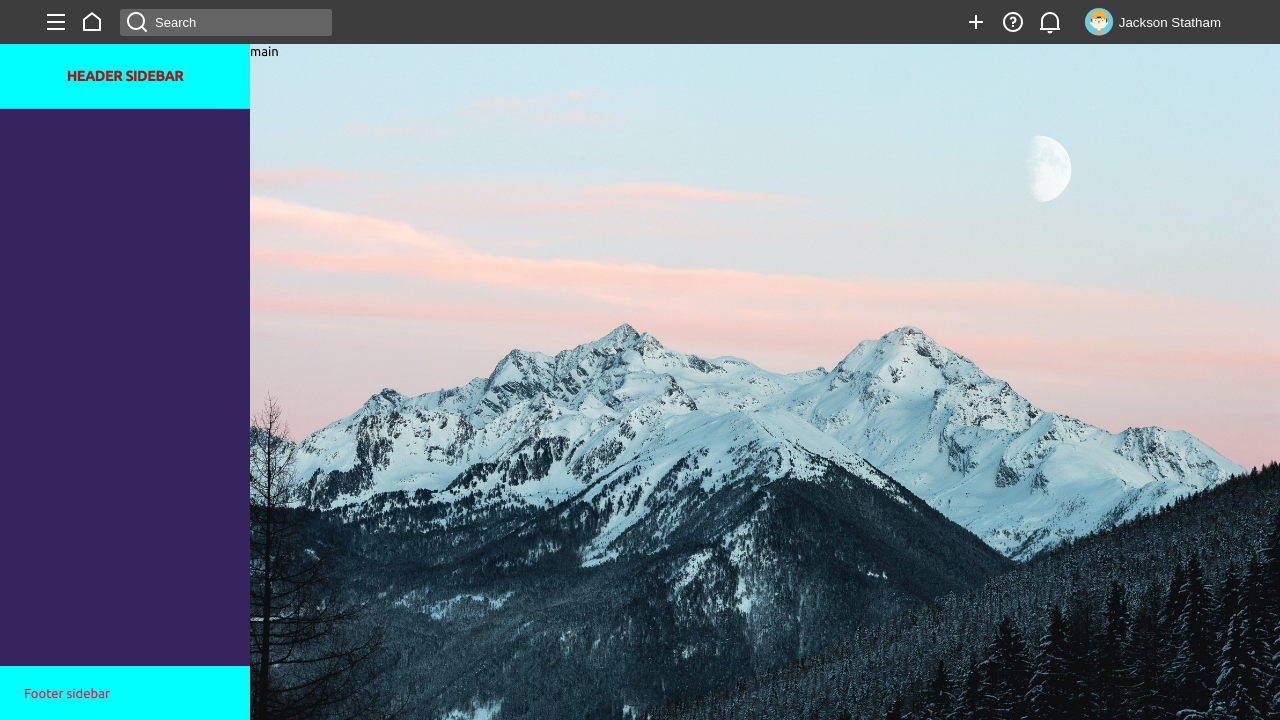
Repository: huuthe1999/to-do-list
Page: /
The author's editor kept a copy of each file at every save. The page is drawn from the files as they stood at one save, then again after the next save.
The browser window is 1280 px wide. The pictures show the whole page.
The project was rebuilt for these pictures with package versions that can differ from the ones it lists, and the page was loaded fresh each time. Also part of the build but not shown: src/components/form/addForm/addForm.scss, src/components/form/addForm/AddForm.js, src/components/modal/modal.scss, src/components/modal/Modal.js.

Above is the page before, as saved 2022-02-17 10:27:17.

### public/index.html
<!DOCTYPE html>
<html lang="en">
	<head>
		<meta charset="utf-8" />
		<link rel="icon" href="%PUBLIC_URL%/favicon.ico" />
		<meta name="viewport" content="width=device-width, initial-scale=1" />
		<meta name="theme-color" content="#000000" />
		<meta
			name="description"
			content="Web site created using create-react-app"
		/>
		<link rel="apple-touch-icon" href="%PUBLIC_URL%/logo192.png" />
		<!--
      manifest.json provides metadata used when your web app is installed on a
      user's mobile device or desktop. See https://developers.google.com/web/fundamentals/web-app-manifest/
    -->
		<link rel="manifest" href="%PUBLIC_URL%/manifest.json" />
		<!--
      Notice the use of %PUBLIC_URL% in the tags above.
      It will be replaced with the URL of the `public` folder during the build.
      Only files inside the `public` folder can be referenced from the HTML.

      Unlike "/favicon.ico" or "favicon.ico", "%PUBLIC_URL%/favicon.ico" will
      work correctly both with client-side routing and a non-root public URL.
      Learn how to configure a non-root public URL by running `npm run build`.
    -->
		<title>React Redux App</title>
	</head>
	<body>
		<noscript>You need to enable JavaScript to run this app.</noscript>
		<div id="modal"></div>
		<div id="root"></div>
		<!--
      This HTML file is a template.
      If you open it directly in the browser, you will see an empty page.

      You can add webfonts, meta tags, or analytics to this file.
      The build step will place the bundled scripts into the <body> tag.

      To begin the development, run `npm start` or `yarn start`.
      To create a production bundle, use `npm run build` or `yarn build`.
    --></body>
</html>

### src/index.js
import React from 'react';
import ReactDOM from 'react-dom';
import { Provider } from 'react-redux';
import App from './App';
import { store } from './app/store';

ReactDOM.render(
	<React.StrictMode>
		<Provider store={store}>
			<App />
		</Provider>
	</React.StrictMode>,
	document.getElementById('root'),
);

### src/App.js
import React from 'react';
// import { Counter } from './features/counter/Counter';
import './App.scss';
import Main from './components/main/Main';
import SideBar from './components/sideBar/SideBar';
import TopBar from './components/topBar/TopBar';
function App() {
	return (
		<div className='app'>
			<TopBar />
			<div className='container'>
				<SideBar />
				<Main />
			</div>
		</div>
	);
}

export default App;

### src/App.scss
@import url('https://fonts.googleapis.com/css2?family=Ubuntu:wght@300;400;500&display=swap');
*,
*::before,
*::after {
	margin: 0;
	padding: 0;
	box-sizing: border-box;
}

:root {
	--icon-color: #fff;
	--icon-size: 40px;

	--bg: rgb(53, 42, 42);
	--bg-input: hsla(0, 0%, 100%, 0.2);
	// Header
	--hd-text-color: #ffffff;
	--hd-icon-color-hover: #202020;
}

.app {
	font-family: 'Ubuntu', sans-serif;
	font-size: 13px;
	width: 100vw;
	height: 100vh;
	background-color: var(--bg);
	overflow: hidden;
}

.container {
	display: flex;
	height: calc(100% - 44px);
}

button {
	border: none;
	outline: none;
	cursor: pointer;
	background-color: transparent;
}

### src/components/main/Main.js
import './main.scss';

const Main = () => {
	return <div className='main'>main</div>;
};

export default Main;

### src/components/sideBar/SideBar.js
import Calendar from '../calendar/Calendar';
import './sideBar.scss';

const SideBar = () => {
	return (
		<div className='sidebar'>
			<div className='sidebar__inner'>
				<div className='sidebar__layout'>
					<div className='sidebar__layout-header'>
						<p>Header sidebar</p>
					</div>
					<div className='sidebar__layout-content'>
						<Calendar />
					</div>
					<div className='sidebar__layout-footer'>Footer sidebar</div>
				</div>
			</div>
		</div>
	);
};

export default SideBar;

### src/components/topBar/TopBar.js
import { useState } from 'react';
import {
	RiAddLine,
	RiHomeLine,
	RiMenuLine,
	RiNotification2Line,
	RiQuestionLine,
	RiSearchLine,
} from 'react-icons/ri';
import Avatar from '../../assets/images/avatar.png';
import AddForm from '../form/addForm/AddForm';
import Modal from '../modal/Modal';
import './topbar.scss';
const TopBar = () => {
	const [modal, setShowModal] = useState(false);
	return (
		<header className='topbar'>
			<div className='topbar__inner'>
				<div className='topbar__inner-leftControl'>
					<button className='topbar__button leftControl'>
						<RiMenuLine className='topbar__button-icon' />
					</button>

					<button className='topbar__button leftControl'>
						<RiHomeLine className='topbar__button-icon' />
					</button>
					<div className='topbar__inner-leftControl-search'>
						<RiSearchLine className='topbar__button-icon topbar__button-icon-search' />
						<input type='text' placeholder='Search' />
					</div>
				</div>
				<div className='topbar__inner-rightControl'>
					<Modal showModal={modal} setShowModal={setShowModal}>
						<AddForm setShowModal={setShowModal} />
					</Modal>
					<button className='topbar__button rightControl'>
						<RiAddLine
							className='topbar__button-icon'
							onClick={() => setShowModal(true)}
						/>
					</button>
					<button className='topbar__button rightControl'>
						<RiQuestionLine className='topbar__button-icon' />
					</button>
					<button className='topbar__button rightControl'>
						<RiNotification2Line className='topbar__button-icon' />
					</button>
					<button className='topbar__button info'>
						<img src={Avatar} alt='avatar' />
						<p>Jackson Statham</p>
					</button>
				</div>
			</div>
		</header>
	);
};

export default TopBar;

### src/features/counter/counterSlice.js
import { createAsyncThunk, createSlice } from '@reduxjs/toolkit';
import { fetchCount } from './counterAPI';

const initialState = {
  value: 0,
  status: 'idle',
};

// The function below is called a thunk and allows us to perform async logic. It
// can be dispatched like a regular action: `dispatch(incrementAsync(10))`. This
// will call the thunk with the `dispatch` function as the first argument. Async
// code can then be executed and other actions can be dispatched. Thunks are
// typically used to make async requests.
export const incrementAsync = createAsyncThunk(
  'counter/fetchCount',
  async (amount) => {
    const response = await fetchCount(amount);
    // The value we return becomes the `fulfilled` action payload
    return response.data;
  }
);

export const counterSlice = createSlice({
  name: 'counter',
  initialState,
  // The `reducers` field lets us define reducers and generate associated actions
  reducers: {
    increment: (state) => {
      // Redux Toolkit allows us to write "mutating" logic in reducers. It
      // doesn't actually mutate the state because it uses the Immer library,
      // which detects changes to a "draft state" and produces a brand new
      // immutable state based off those changes
      state.value += 1;
    },
    decrement: (state) => {
      state.value -= 1;
    },
    // Use the PayloadAction type to declare the contents of `action.payload`
    incrementByAmount: (state, action) => {
      state.value += action.payload;
    },
  },
  // The `extraReducers` field lets the slice handle actions defined elsewhere,
  // including actions generated by createAsyncThunk or in other slices.
  extraReducers: (builder) => {
    builder
      .addCase(incrementAsync.pending, (state) => {
        state.status = 'loading';
      })
      .addCase(incrementAsync.fulfilled, (state, action) => {
        state.status = 'idle';
        state.value += action.payload;
      });
  },
});

export const { increment, decrement, incrementByAmount } = counterSlice.actions;

// The function below is called a selector and allows us to select a value from
// the state. Selectors can also be defined inline where they're used instead of
// in the slice file. For example: `useSelector((state: RootState) => state.counter.value)`
export const selectCount = (state) => state.counter.value;

// We can also write thunks by hand, which may contain both sync and async logic.
// Here's an example of conditionally dispatching actions based on current state.
export const incrementIfOdd = (amount) => (dispatch, getState) => {
  const currentValue = selectCount(getState());
  if (currentValue % 2 === 1) {
    dispatch(incrementByAmount(amount));
  }
};

export default counterSlice.reducer;

### src/components/main/main.scss
.main {
	width: 100%;
	height: 100%;
	background-image: url(../../assets/images/bg_main.jpg);
	background-repeat: no-repeat;
	background-size: cover;
	overflow-y: auto;
}

### src/components/calendar/Calendar.js
import React from 'react';

const Calendar = () => {
	return (
		<div className='calendar'>
			<div className='calendar__header'></div>
			<div className='calendar__content'></div>
		</div>
	);
};

export default Calendar;

### src/components/sideBar/sideBar.scss
.sidebar {
	position: relative;
	z-index: 109;
	height: 100%;
	background-color: aqua;
	min-width: 250px;
	width: 300px;
	transition: all 0.3s cubic-bezier(0.4, 0, 0.2, 1);

	&__inner {
		height: 100%;
		position: relative;
		z-index: 101;
	}

	&__layout {
		height: 100%;
		overflow-y: auto;
		overflow-x: hidden;
		display: flex;
		flex-direction: column;
		position: relative;
		z-index: 101;

		&-header {
			border-bottom: 1px solid rgba(8, 41, 228, 0.2);

			p {
				text-align: center;
				color: rgb(160, 25, 25);
				padding: 24px;
				font-weight: bold;
				font-size: 14px;
				text-transform: uppercase;
			}
		}

		&-content {
			flex-grow: 1;
			padding-top: 30px;
			padding-left: 35px;
			background-color: rgb(54, 36, 94);
		}

		&-footer {
			padding: 20px 24px;
			color: rgb(245, 12, 62);
		}
	}
}

### src/components/topBar/topbar.scss
.topbar {
	display: flex;
	justify-content: center;
	align-items: center;
	background-color: #3d3d3d;
	flex-shrink: 0;
	padding: 0px 42px;
	font-size: 13px;
	color: #202020;
	height: 44px;

	&__inner {
		display: flex;
		justify-content: space-between;
		background-color: transparent;
		width: 100%;
		height: 100%;

		&-leftControl {
			display: flex;
			align-items: center;
			justify-content: flex-start;

			&-search {
				display: flex;
				align-items: center;
				position: relative;
				margin-left: 6px;

				&:hover {
					input {
						background-color: var(--hd-text-color);
						&::placeholder {
							color: var(--hd-icon-color-hover);
						}
					}
					* {
						color: var(--hd-icon-color-hover);
					}
				}

				input {
					font-size: 13px;
					color: var(--hd-text-color);
					background-color: var(--bg-input);
					outline: 0;
					border-radius: 3px;
					border: 1px solid transparent;
					padding: 5px 0 5px 34px;
					transition: all 0.15s cubic-bezier(0.4, 0, 0.2, 0.1);
					transition-property: background-color;

					&::placeholder {
						color: var(--hd-text-color);
					}
				}
			}
		}

		&-rightControl {
			display: flex;
			align-items: center;
			height: 44px;
			padding: 0px 12px;

			img {
				width: 100%;
				height: 100%;
			}
		}
	}

	&__button {
		display: flex;
		justify-content: center;
		align-items: center;
		border-radius: 3px;

		&:hover {
			background-color: var(--bg-input);
		}

		&.leftControl {
			height: 28px;
			min-width: 28px;
			margin-right: 8px;
		}

		&.rightControl {
			height: 32px;
			min-width: 32px;
			margin-left: 5px;
		}

		&.info {
			height: 100%;
			color: var(--hd-text-color);
			margin-left: 8px;
			padding: 0px 5px;
			img {
				width: 40px;
				height: 40px;
			}
		}
		&-icon {
			font-size: 24px;
			color: var(--icon-color);

			&-search {
				position: absolute;
				left: 5px;
				top: 50%;
				transform: translateY(-50%);
				color: var(--icon-color);
			}
		}
	}
}

Loaded but not shown: src/app/store.js (common file); src/features/counter/counterAPI.js (common file)

After the next save:
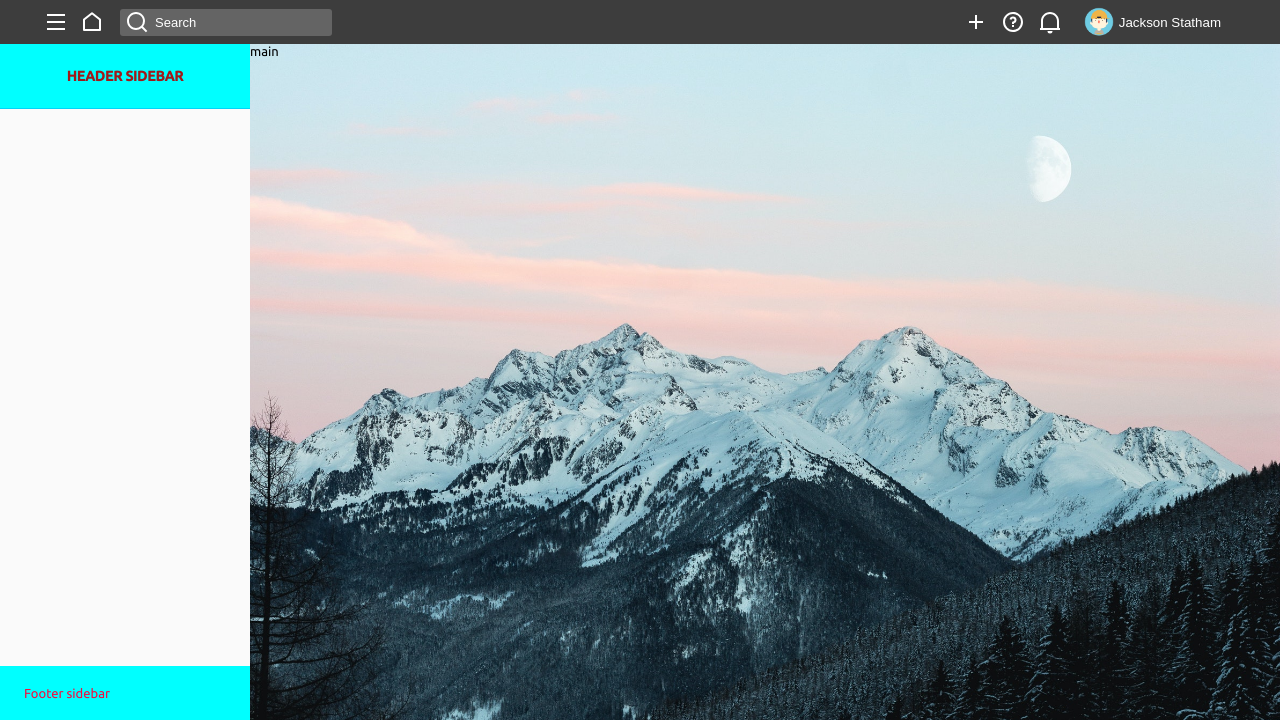
Saved 65 s later.
--- a/src/components/sideBar/sideBar.scss
+++ b/src/components/sideBar/sideBar.scss
@@ -39,7 +39,7 @@
 			flex-grow: 1;
 			padding-top: 30px;
 			padding-left: 35px;
-			background-color: rgb(54, 36, 94);
+			background-color: #fafafa;
 		}
 
 		&-footer {
